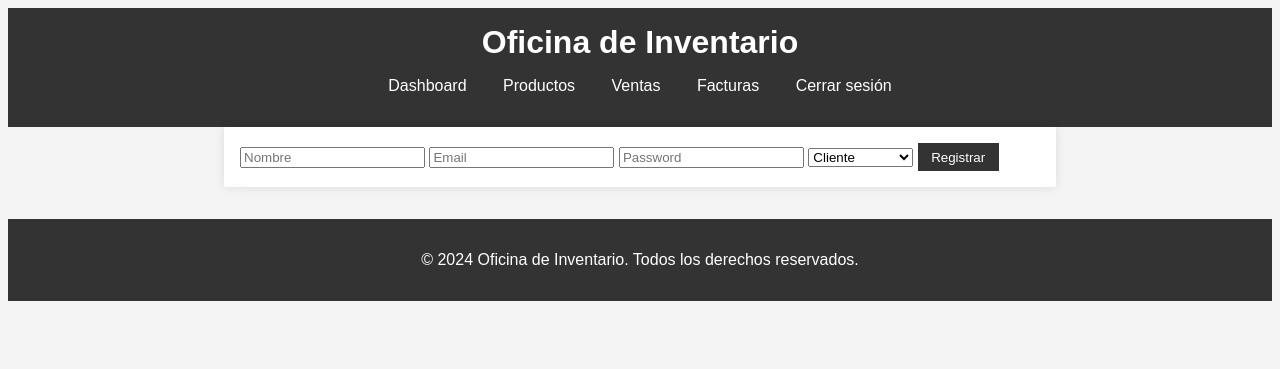
Repository: Connie75/Inventario
Page: http://localhost/views/register.php
These files come from the project's save history. The page is drawn as it stood at one moment and after the next save; the edit follows.
The browser window is 1280 px wide. The pictures show the whole page.
The page is run by PHP 8.4 with error messages shown; the project is at /var/www/html/.

Above is the page before, as saved 2024-07-23 21:02:37.

After the next save:
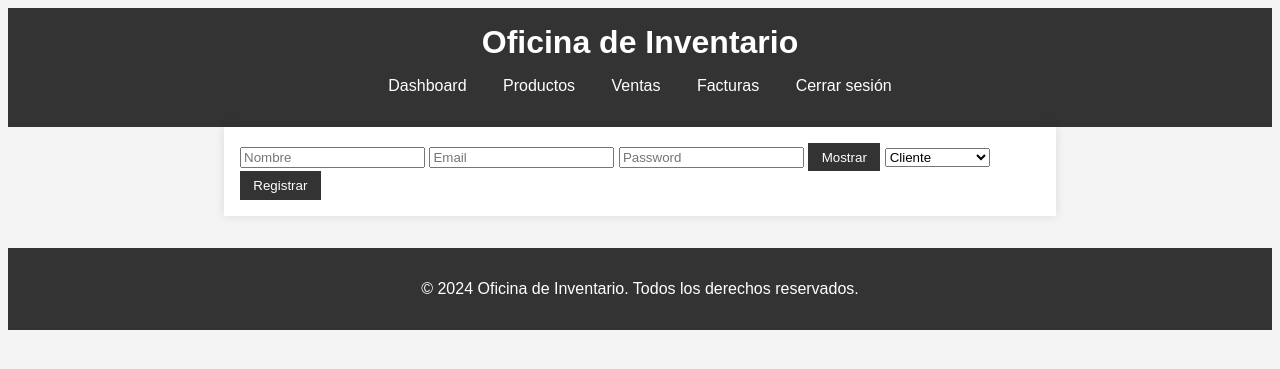
Saved 29 s later.
--- a/views/register.php
+++ b/views/register.php
@@ -4,7 +4,7 @@
     <input type="text" name="nombre" placeholder="Nombre" required>
     <input type="email" name="email" placeholder="Email" required>
     <input type="password" name="password" placeholder="Password" required>
-
+    <button type="button" id="togglePassword">Mostrar</button>
     <select name="rol" required>
         <option value="cliente">Cliente</option>
         <option value="trabajador">Trabajador</option>
